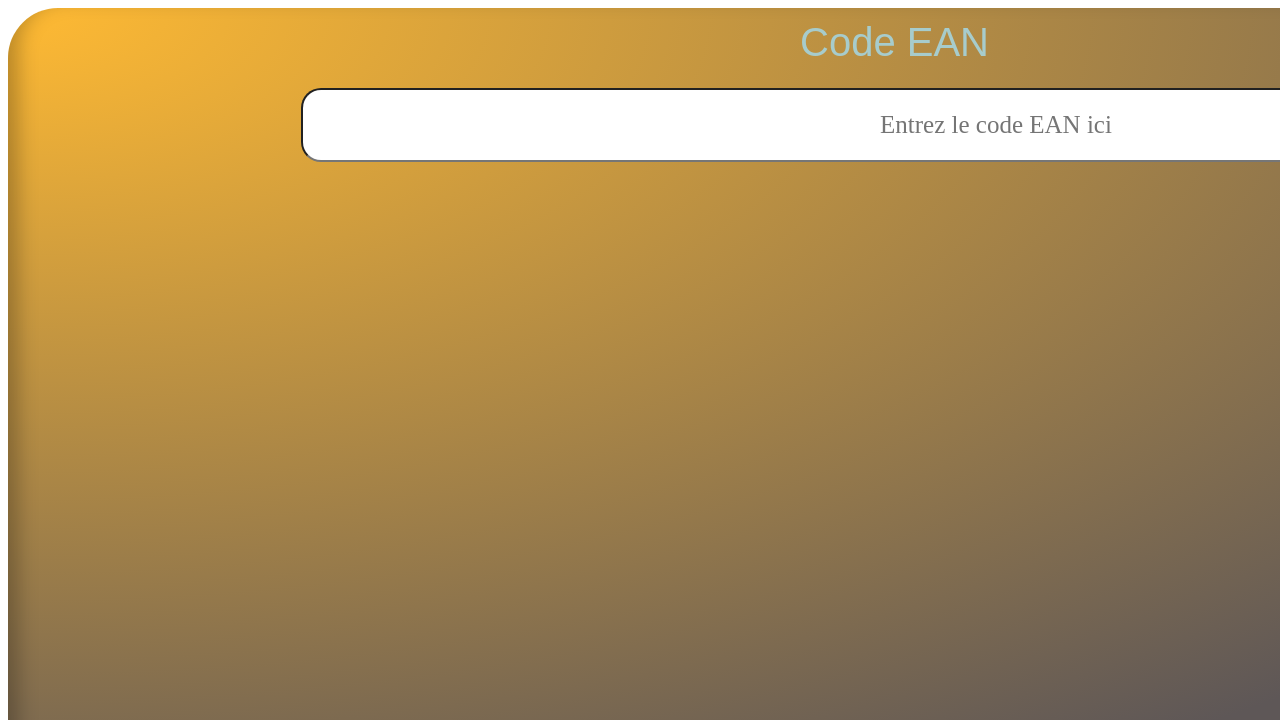
Repository: Zouz01/exo-toucan
Page: index.html
An editor plug-in stored every save of this project. The page is shown before and after the next save, followed by the edit.
The browser window is 1280 px wide. The pictures show the whole page.

Above is the page before, as saved 2023-09-21 11:30:18.

After the next save:
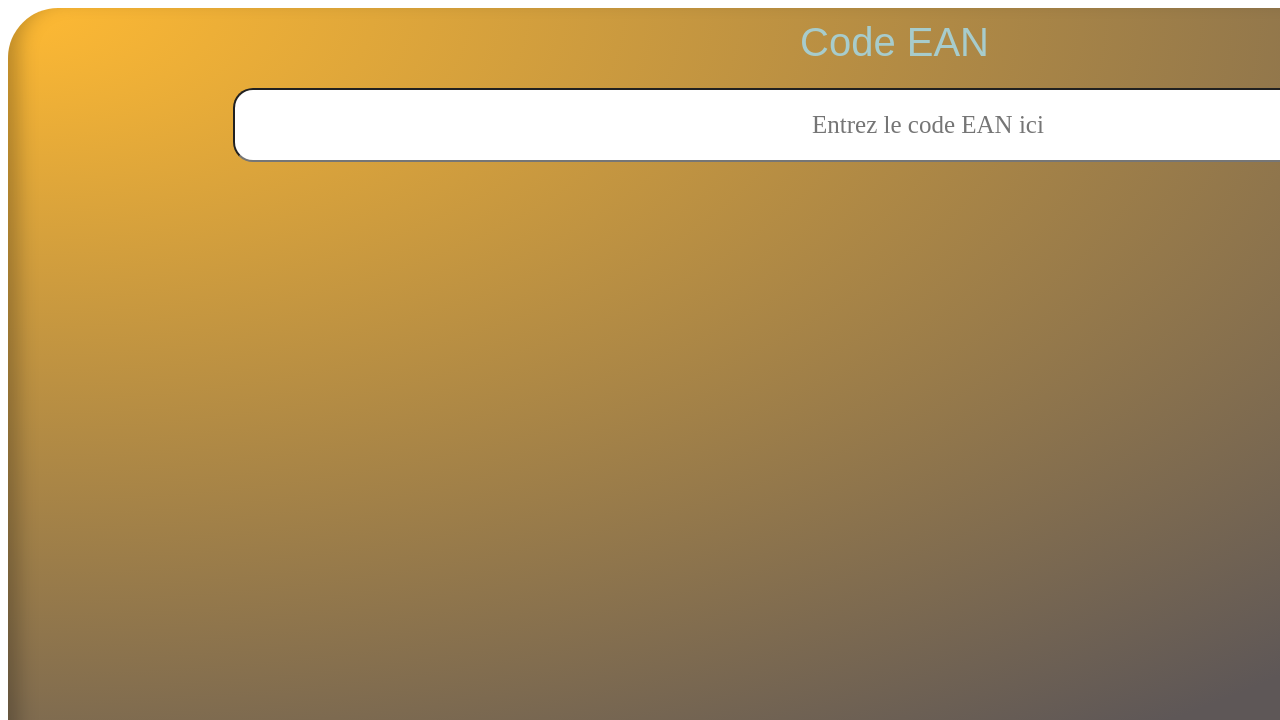
Saved 9 s later.
--- a/main.css
+++ b/main.css
@@ -95,7 +95,7 @@ button[type="submit"] {
 /* styles pour les écrans plus grands */
 @media (min-width: 900px) {
      .container {
-        width: 1980px;
+        width: 1900px;
         height: 900px;
      }
         button[type="submit"] {
